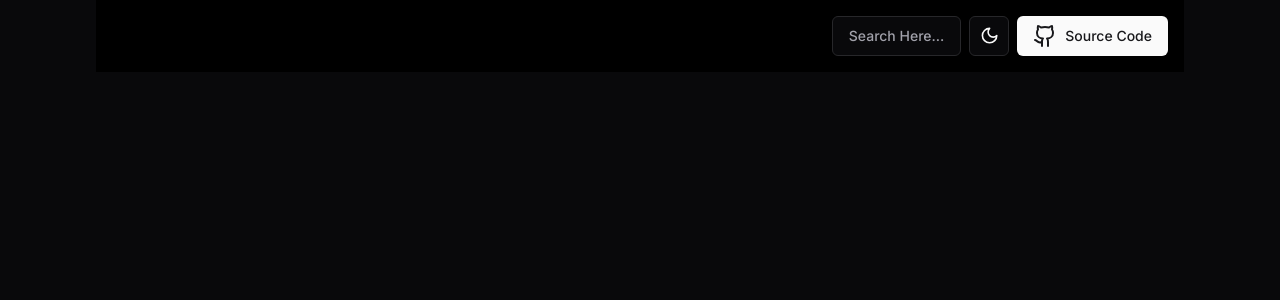
Repository: Young-Dev001/weather-app
Page: /
These files come from the project's save history. The page is drawn as it stood at one moment and after the next save; the edit follows.
The browser window is 1280 px wide. The pictures show the whole page.
The project was rebuilt for these pictures with package versions that can differ from the ones it lists, and the page was loaded fresh each time. The framework's server and built-in components were replaced by stand-ins that run in the browser. Also part of the build but not shown: next.config.mjs, components/ui/dialog.tsx.

Above is the page before, as saved 2024-06-09 12:30:20.

### app/layout.tsx
import type { Metadata } from "next";
import "./globals.css";
import { Inter as FontSans } from "next/font/google";
import { ThemeProvider } from "@/providers/theme-provider";

// Assign the font loader to a constant
const inter = FontSans({
  subsets: ["latin"],
  variable: "--font-sans",
});

export const metadata: Metadata = {
  title: "Weather App",
  description: "Generated by create next app",
};

export default function RootLayout({
  children,
}: Readonly<{
  children: React.ReactNode;
}>) {
  return (
    <html lang="en">
      <body className={inter.className}>
        <ThemeProvider
          attribute="class"
          defaultTheme="dark"
          enableSystem
          disableTransitionOnChange
        >
          {children}
        </ThemeProvider>
      </body>
    </html>
  );
}

### app/page.tsx
import Navbar from "@/components/Navbar";
import Image from "next/image";

export default function Home() {
  return (
    <main className="mx-[0rem] lg:mx-[2rem] xl:mx-[6rem] 2xl:mx-[16rem] m-auto">
        <Navbar />
    </main>
  );
}

### app/globals.css
@tailwind base;
  @tailwind components;
  @tailwind utilities;


  @layer base {
    :root {
      --background: 0 0% 100%;
      --foreground: 240 10% 3.9%;
      --card: 0 0% 100%;
      --card-foreground: 240 10% 3.9%;
      --popover: 0 0% 100%;
      --popover-foreground: 240 10% 3.9%;
      --primary: 240 5.9% 10%;
      --primary-foreground: 0 0% 98%;
      --secondary: 240 4.8% 95.9%;
      --secondary-foreground: 240 5.9% 10%;
      --muted: 240 4.8% 95.9%;
      --muted-foreground: 240 3.8% 46.1%;
      --accent: 240 4.8% 95.9%;
      --accent-foreground: 240 5.9% 10%;
      --destructive: 0 84.2% 60.2%;
      --destructive-foreground: 0 0% 98%;
      --border: 240 5.9% 90%;
      --input: 240 5.9% 90%;
      --ring: 240 5.9% 10%;
      --radius: 0.5rem;
    }

    .dark {
      --background: 240 10% 3.9%;
      --foreground: 0 0% 98%;
      --card: 240 10% 3.9%;
      --card-foreground: 0 0% 98%;
      --popover: 240 10% 3.9%;
      --popover-foreground: 0 0% 98%;
      --primary: 0 0% 98%;
      --primary-foreground: 240 5.9% 10%;
      --secondary: 240 3.7% 15.9%;
      --secondary-foreground: 0 0% 98%;
      --muted: 240 3.7% 15.9%;
      --muted-foreground: 240 5% 64.9%;
      --accent: 240 3.7% 15.9%;
      --accent-foreground: 0 0% 98%;
      --destructive: 0 62.8% 30.6%;
      --destructive-foreground: 0 0% 98%;
      --border: 240 3.7% 15.9%;
      --input: 240 3.7% 15.9%;
      --ring: 240 4.9% 83.9%;
    }
  }


  @layer base {
    * {
      @apply border-border;
    }
    body {
      @apply bg-background text-foreground;
    }
  }

### components/Navbar.tsx
"use client";

import React from 'react';
import { useRouter } from 'next/navigation';
import { github } from '@/app/utils/icons';
import { Button } from './ui/button';
import ThemeDropDown from './ThemeDropDown';
import SearchDialog from './SearchDialog';

function Navbar() {
  const router = useRouter();

  return (
    <div className="bg-white border-gray-200 dark:bg-black flex items-center justify-between p-4">
      <div className="left">
        {/* Add your left side content here if needed */}
      </div>
      <div className="search-container flex gap-2 ml-auto items-center">
        <SearchDialog />
        <div className="btn-group flex items-center gap-2">
        <ThemeDropDown />
        <Button
          type="button"
          className="source-code flex items-center gap-2"
          onClick={() => router.push("/github")}
        >
          {github} Source Code
        </Button>
        </div>
      </div>
    </div>
  );
}

export default Navbar;

### app/utils/icons.tsx
import { Github, Sun } from "lucide-react";





export const github = <Github />;
export const sun = <Sun />

### components/ui/button.tsx
import * as React from "react"
import { Slot } from "@radix-ui/react-slot"
import { cva, type VariantProps } from "class-variance-authority"

import { cn } from "@/lib/utils"

const buttonVariants = cva(
  "inline-flex items-center justify-center whitespace-nowrap rounded-md text-sm font-medium ring-offset-background transition-colors focus-visible:outline-none focus-visible:ring-2 focus-visible:ring-ring focus-visible:ring-offset-2 disabled:pointer-events-none disabled:opacity-50",
  {
    variants: {
      variant: {
        default: "bg-primary text-primary-foreground hover:bg-primary/90",
        destructive:
          "bg-destructive text-destructive-foreground hover:bg-destructive/90",
        outline:
          "border border-input bg-background hover:bg-accent hover:text-accent-foreground",
        secondary:
          "bg-secondary text-secondary-foreground hover:bg-secondary/80",
        ghost: "hover:bg-accent hover:text-accent-foreground",
        link: "text-primary underline-offset-4 hover:underline",
      },
      size: {
        default: "h-10 px-4 py-2",
        sm: "h-9 rounded-md px-3",
        lg: "h-11 rounded-md px-8",
        icon: "h-10 w-10",
      },
    },
    defaultVariants: {
      variant: "default",
      size: "default",
    },
  }
)

export interface ButtonProps
  extends React.ButtonHTMLAttributes<HTMLButtonElement>,
    VariantProps<typeof buttonVariants> {
  asChild?: boolean
}

const Button = React.forwardRef<HTMLButtonElement, ButtonProps>(
  ({ className, variant, size, asChild = false, ...props }, ref) => {
    const Comp = asChild ? Slot : "button"
    return (
      <Comp
        className={cn(buttonVariants({ variant, size, className }))}
        ref={ref}
        {...props}
      />
    )
  }
)
Button.displayName = "Button"

export { Button, buttonVariants }

### components/ThemeDropDown.tsx
"use client"

import * as React from "react"
import { Moon, Sun } from "lucide-react"
import { useTheme } from "next-themes"

import { Button } from "@/components/ui/button"
import {
  DropdownMenu,
  DropdownMenuContent,
  DropdownMenuItem,
  DropdownMenuTrigger,
} from "@/components/ui/dropdown-menu"


function ThemeDropDown() {
    const { setTheme } = useTheme()
  return (
    <DropdownMenu>
      <DropdownMenuTrigger asChild>
        <Button variant="outline" size="icon">
          <Sun className="h-[1.2rem] w-[1.2rem] rotate-0 scale-100 transition-all dark:-rotate-90 dark:scale-0" />
          <Moon className="absolute h-[1.2rem] w-[1.2rem] rotate-90 scale-0 transition-all dark:rotate-0 dark:scale-100" />
          <span className="sr-only">Toggle theme</span>
        </Button>
      </DropdownMenuTrigger>
      <DropdownMenuContent align="end">
        <DropdownMenuItem onClick={() => setTheme("light")}>
          Light
        </DropdownMenuItem>
        <DropdownMenuItem onClick={() => setTheme("dark")}>
          Dark
        </DropdownMenuItem>
        <DropdownMenuItem onClick={() => setTheme("system")}>
          System
        </DropdownMenuItem>
      </DropdownMenuContent>
    </DropdownMenu>
  )
}

export default ThemeDropDown

### components/SearchDialog.tsx
import {
    Dialog,
    DialogContent,
    DialogDescription,
    DialogHeader,
    DialogTitle,
    DialogTrigger,
  } from "@/components/ui/dialog"

  import {
    Command,
    CommandDialog,
    CommandEmpty,
    CommandGroup,
    CommandInput,
    CommandItem,
    CommandList,
    CommandSeparator,
    CommandShortcut,
  } from "@/components/ui/command"
import { Button } from "./ui/button"




function SearchDialog() {
  return (
<Dialog>
  <DialogTrigger asChild>
  <Button
  variant="outline"
  className="border inline-flex items-center justify-center text-sm font-medium hover:bg-[#e9e9e9] dark:hover:bg-[#0b0b0b]"
>
  <p className="text-sm text-muted-foreground">Search Here...</p>
</Button>

  </DialogTrigger>

</Dialog>

  )
}

export default SearchDialog

### components/ui/dropdown-menu.tsx
"use client"

import * as React from "react"
import * as DropdownMenuPrimitive from "@radix-ui/react-dropdown-menu"
import { Check, ChevronRight, Circle } from "lucide-react"

import { cn } from "@/lib/utils"

const DropdownMenu = DropdownMenuPrimitive.Root

const DropdownMenuTrigger = DropdownMenuPrimitive.Trigger

const DropdownMenuGroup = DropdownMenuPrimitive.Group

const DropdownMenuPortal = DropdownMenuPrimitive.Portal

const DropdownMenuSub = DropdownMenuPrimitive.Sub

const DropdownMenuRadioGroup = DropdownMenuPrimitive.RadioGroup

const DropdownMenuSubTrigger = React.forwardRef<
  React.ElementRef<typeof DropdownMenuPrimitive.SubTrigger>,
  React.ComponentPropsWithoutRef<typeof DropdownMenuPrimitive.SubTrigger> & {
    inset?: boolean
  }
>(({ className, inset, children, ...props }, ref) => (
  <DropdownMenuPrimitive.SubTrigger
    ref={ref}
    className={cn(
      "flex cursor-default select-none items-center rounded-sm px-2 py-1.5 text-sm outline-none focus:bg-accent data-[state=open]:bg-accent",
      inset && "pl-8",
      className
    )}
    {...props}
  >
    {children}
    <ChevronRight className="ml-auto h-4 w-4" />
  </DropdownMenuPrimitive.SubTrigger>
))
DropdownMenuSubTrigger.displayName =
  DropdownMenuPrimitive.SubTrigger.displayName

const DropdownMenuSubContent = React.forwardRef<
  React.ElementRef<typeof DropdownMenuPrimitive.SubContent>,
  React.ComponentPropsWithoutRef<typeof DropdownMenuPrimitive.SubContent>
>(({ className, ...props }, ref) => (
  <DropdownMenuPrimitive.SubContent
    ref={ref}
    className={cn(
      "z-50 min-w-[8rem] overflow-hidden rounded-md border bg-popover p-1 text-popover-foreground shadow-lg data-[state=open]:animate-in data-[state=closed]:animate-out data-[state=closed]:fade-out-0 data-[state=open]:fade-in-0 data-[state=closed]:zoom-out-95 data-[state=open]:zoom-in-95 data-[side=bottom]:slide-in-from-top-2 data-[side=left]:slide-in-from-right-2 data-[side=right]:slide-in-from-left-2 data-[side=top]:slide-in-from-bottom-2",
      className
    )}
    {...props}
  />
))
DropdownMenuSubContent.displayName =
  DropdownMenuPrimitive.SubContent.displayName

const DropdownMenuContent = React.forwardRef<
  React.ElementRef<typeof DropdownMenuPrimitive.Content>,
  React.ComponentPropsWithoutRef<typeof DropdownMenuPrimitive.Content>
>(({ className, sideOffset = 4, ...props }, ref) => (
  <DropdownMenuPrimitive.Portal>
    <DropdownMenuPrimitive.Content
      ref={ref}
      sideOffset={sideOffset}
      className={cn(
        "z-50 min-w-[8rem] overflow-hidden rounded-md border bg-popover p-1 text-popover-foreground shadow-md data-[state=open]:animate-in data-[state=closed]:animate-out data-[state=closed]:fade-out-0 data-[state=open]:fade-in-0 data-[state=closed]:zoom-out-95 data-[state=open]:zoom-in-95 data-[side=bottom]:slide-in-from-top-2 data-[side=left]:slide-in-from-right-2 data-[side=right]:slide-in-from-left-2 data-[side=top]:slide-in-from-bottom-2",
        className
      )}
      {...props}
    />
  </DropdownMenuPrimitive.Portal>
))
DropdownMenuContent.displayName = DropdownMenuPrimitive.Content.displayName

const DropdownMenuItem = React.forwardRef<
  React.ElementRef<typeof DropdownMenuPrimitive.Item>,
  React.ComponentPropsWithoutRef<typeof DropdownMenuPrimitive.Item> & {
    inset?: boolean
  }
>(({ className, inset, ...props }, ref) => (
  <DropdownMenuPrimitive.Item
    ref={ref}
    className={cn(
      "relative flex cursor-default select-none items-center rounded-sm px-2 py-1.5 text-sm outline-none transition-colors focus:bg-accent focus:text-accent-foreground data-[disabled]:pointer-events-none data-[disabled]:opacity-50",
      inset && "pl-8",
      className
    )}
    {...props}
  />
))
DropdownMenuItem.displayName = DropdownMenuPrimitive.Item.displayName

const DropdownMenuCheckboxItem = React.forwardRef<
  React.ElementRef<typeof DropdownMenuPrimitive.CheckboxItem>,
  React.ComponentPropsWithoutRef<typeof DropdownMenuPrimitive.CheckboxItem>
>(({ className, children, checked, ...props }, ref) => (
  <DropdownMenuPrimitive.CheckboxItem
    ref={ref}
    className={cn(
      "relative flex cursor-default select-none items-center rounded-sm py-1.5 pl-8 pr-2 text-sm outline-none transition-colors focus:bg-accent focus:text-accent-foreground data-[disabled]:pointer-events-none data-[disabled]:opacity-50",
      className
    )}
    checked={checked}
    {...props}
  >
    <span className="absolute left-2 flex h-3.5 w-3.5 items-center justify-center">
      <DropdownMenuPrimitive.ItemIndicator>
        <Check className="h-4 w-4" />
      </DropdownMenuPrimitive.ItemIndicator>
    </span>
    {children}
  </DropdownMenuPrimitive.CheckboxItem>
))
DropdownMenuCheckboxItem.displayName =
  DropdownMenuPrimitive.CheckboxItem.displayName

const DropdownMenuRadioItem = React.forwardRef<
  React.ElementRef<typeof DropdownMenuPrimitive.RadioItem>,
  React.ComponentPropsWithoutRef<typeof DropdownMenuPrimitive.RadioItem>
>(({ className, children, ...props }, ref) => (
  <DropdownMenuPrimitive.RadioItem
    ref={ref}
    className={cn(
      "relative flex cursor-default select-none items-center rounded-sm py-1.5 pl-8 pr-2 text-sm outline-none transition-colors focus:bg-accent focus:text-accent-foreground data-[disabled]:pointer-events-none data-[disabled]:opacity-50",
      className
    )}
    {...props}
  >
    <span className="absolute left-2 flex h-3.5 w-3.5 items-center justify-center">
      <DropdownMenuPrimitive.ItemIndicator>
        <Circle className="h-2 w-2 fill-current" />
      </DropdownMenuPrimitive.ItemIndicator>
    </span>
    {children}
  </DropdownMenuPrimitive.RadioItem>
))
DropdownMenuRadioItem.displayName = DropdownMenuPrimitive.RadioItem.displayName

const DropdownMenuLabel = React.forwardRef<
  React.ElementRef<typeof DropdownMenuPrimitive.Label>,
  React.ComponentPropsWithoutRef<typeof DropdownMenuPrimitive.Label> & {
    inset?: boolean
  }
>(({ className, inset, ...props }, ref) => (
  <DropdownMenuPrimitive.Label
    ref={ref}
    className={cn(
      "px-2 py-1.5 text-sm font-semibold",
      inset && "pl-8",
      className
    )}
    {...props}
  />
))
DropdownMenuLabel.displayName = DropdownMenuPrimitive.Label.displayName

const DropdownMenuSeparator = React.forwardRef<
  React.ElementRef<typeof DropdownMenuPrimitive.Separator>,
  React.ComponentPropsWithoutRef<typeof DropdownMenuPrimitive.Separator>
>(({ className, ...props }, ref) => (
  <DropdownMenuPrimitive.Separator
    ref={ref}
    className={cn("-mx-1 my-1 h-px bg-muted", className)}
    {...props}
  />
))
DropdownMenuSeparator.displayName = DropdownMenuPrimitive.Separator.displayName

const DropdownMenuShortcut = ({
  className,
  ...props
}: React.HTMLAttributes<HTMLSpanElement>) => {
  return (
    <span
      className={cn("ml-auto text-xs tracking-widest opacity-60", className)}
      {...props}
    />
  )
}
DropdownMenuShortcut.displayName = "DropdownMenuShortcut"

export {
  DropdownMenu,
  DropdownMenuTrigger,
  DropdownMenuContent,
  DropdownMenuItem,
  DropdownMenuCheckboxItem,
  DropdownMenuRadioItem,
  DropdownMenuLabel,
  DropdownMenuSeparator,
  DropdownMenuShortcut,
  DropdownMenuGroup,
  DropdownMenuPortal,
  DropdownMenuSub,
  DropdownMenuSubContent,
  DropdownMenuSubTrigger,
  DropdownMenuRadioGroup,
}

### tailwind.config.ts
/**
 * @type {import('@types/tailwindcss/tailwind-config').TailwindConfig}
 */

import type { Config } from "tailwindcss"
const { fontFamily } = require("tailwindcss/defaultTheme")

const config = {
  darkMode: ["class"],
  content: [
    './pages/**/*.{ts,tsx}',
    './components/**/*.{ts,tsx}',
    './app/**/*.{ts,tsx}',
    './src/**/*.{ts,tsx}',
    "./public/**/*.html",
	],
  prefix: "",
  plugins: [
    require("flowbite/plugin")
  ],
  theme: {
    container: {
      center: true,
      padding: "2rem",
      screens: {
        "2xl": "1400px",
      },
    },
    extend: {
      fontFamily: {
        sans: ["var(--font-sans)", ...fontFamily.sans],
      },
      colors: {
        border: "hsl(var(--border))",
        input: "hsl(var(--input))",
        ring: "hsl(var(--ring))",
        background: "hsl(var(--background))",
        foreground: "hsl(var(--foreground))",
        primary: {
          DEFAULT: "hsl(var(--primary))",
          foreground: "hsl(var(--primary-foreground))",
        },
        secondary: {
          DEFAULT: "hsl(var(--secondary))",
          foreground: "hsl(var(--secondary-foreground))",
        },
        destructive: {
          DEFAULT: "hsl(var(--destructive))",
          foreground: "hsl(var(--destructive-foreground))",
        },
        muted: {
          DEFAULT: "hsl(var(--muted))",
          foreground: "hsl(var(--muted-foreground))",
        },
        accent: {
          DEFAULT: "hsl(var(--accent))",
          foreground: "hsl(var(--accent-foreground))",
        },
        popover: {
          DEFAULT: "hsl(var(--popover))",
          foreground: "hsl(var(--popover-foreground))",
        },
        card: {
          DEFAULT: "hsl(var(--card))",
          foreground: "hsl(var(--card-foreground))",
        },
      },
      borderRadius: {
        lg: "var(--radius)",
        md: "calc(var(--radius) - 2px)",
        sm: "calc(var(--radius) - 4px)",
      },
      keyframes: {
        "accordion-down": {
          from: { height: "0" },
          to: { height: "var(--radix-accordion-content-height)" },
        },
        "accordion-up": {
          from: { height: "var(--radix-accordion-content-height)" },
          to: { height: "0" },
        },
      },
      animation: {
        "accordion-down": "accordion-down 0.2s ease-out",
        "accordion-up": "accordion-up 0.2s ease-out",
      },
    },
  },
  plugins: [require("tailwindcss-animate")],
} satisfies Config

export default config

Loaded but not shown: providers/theme-provider.tsx (common file); lib/utils.ts (common file)

After the next save:
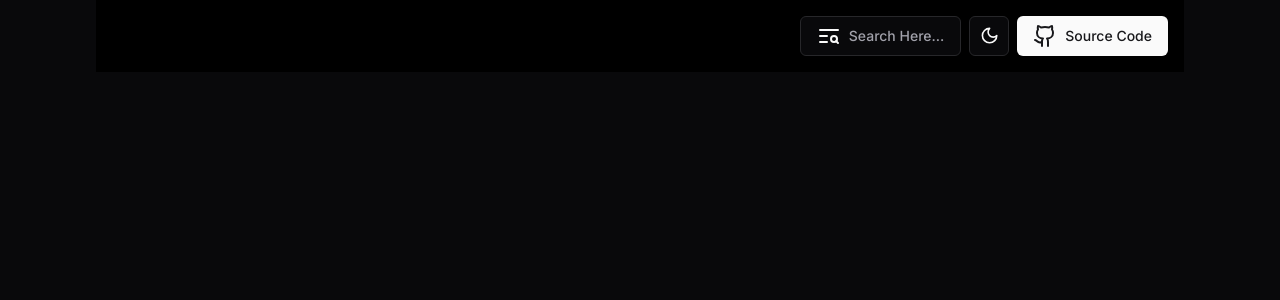
Saved 3 min 21 s later.
--- a/components/SearchDialog.tsx
+++ b/components/SearchDialog.tsx
@@ -19,6 +19,7 @@ import {
     CommandShortcut,
   } from "@/components/ui/command"
 import { Button } from "./ui/button"
+import { TextSearch } from "lucide-react"
 
 
 
@@ -28,11 +29,12 @@ function SearchDialog() {
 <Dialog>
   <DialogTrigger asChild>
   <Button
-  variant="outline"
-  className="border inline-flex items-center justify-center text-sm font-medium hover:bg-[#e9e9e9] dark:hover:bg-[#0b0b0b]"
->
-  <p className="text-sm text-muted-foreground">Search Here...</p>
-</Button>
+          variant="outline"
+          className="border inline-flex items-center justify-center text-sm font-medium hover:bg-[#c61b1b] dark:hover:bg-[#0b0b0b]"
+        >
+          <TextSearch className="mr-2" />  {/* Add the search icon */}
+          <p className="text-sm text-muted-foreground">Search Here...</p>
+        </Button>
 
   </DialogTrigger>
 
